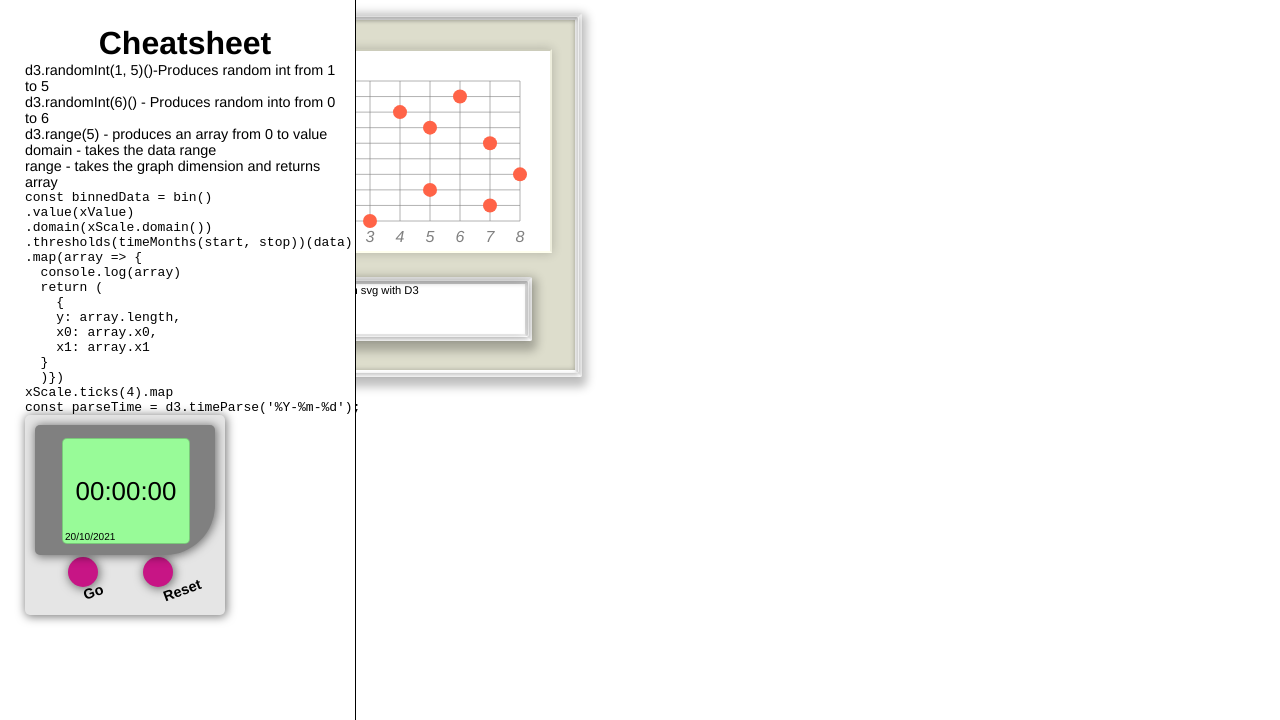
Repository: Lewisjohnward/100-days-of-d3
Page: /
The author's editor kept a copy of each file at every save. The page is drawn from the files as they stood at one save, then again after the next save.
The browser window is 1280 px wide. The pictures show the whole page.
The page's requests for data from a server got no answer. An inner scrolling area shows only its first screen. The project was rebuilt for these pictures with package versions that can differ from the ones it lists, and the page was loaded fresh each time. No one was signed in, and anything a server would have sent is missing. Also part of the build but not shown: src/charts/chart2/useGetData.js, src/charts/chart2/styles.js, src/charts/chart2/Chart.js, src/charts/chart3/useGetData.js, src/charts/chart3/styles.js, src/charts/chart3/Chart.js, src/charts/chart4/useGetData.js, src/charts/chart4/styles.js and 4 more.

Above is the page before, as saved 2021-10-20 15:31:01.

After the next save:
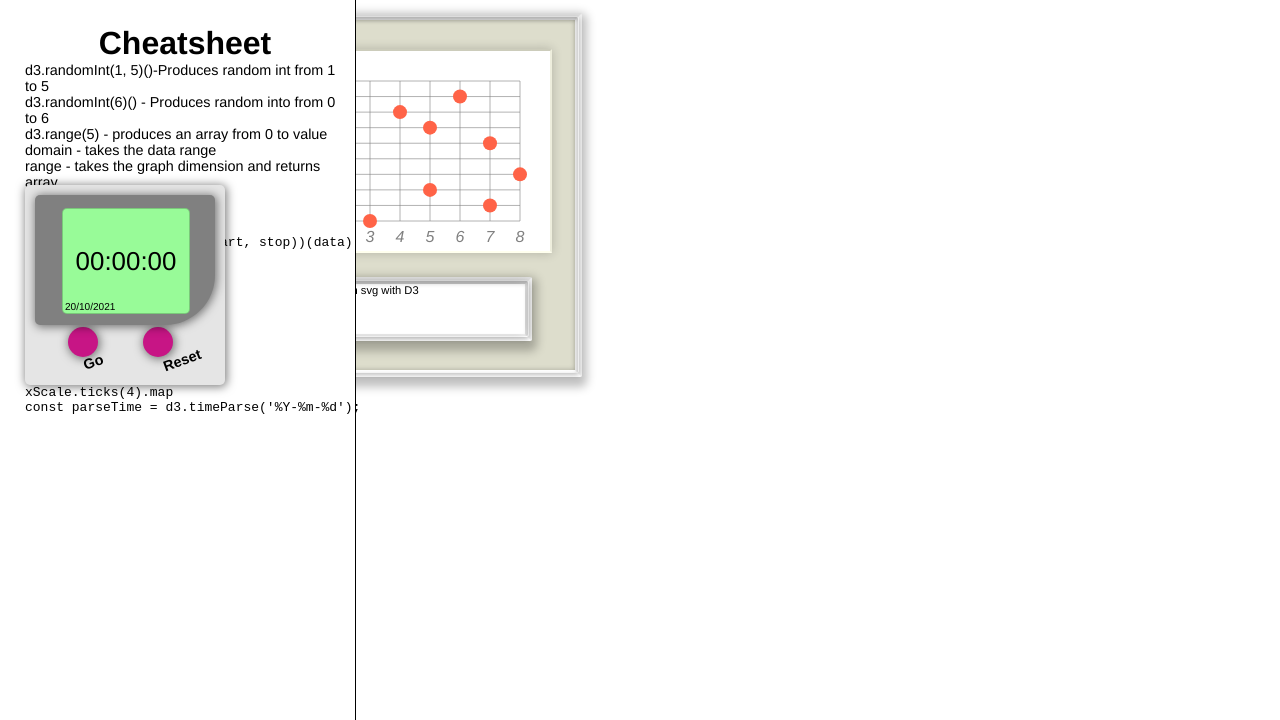
Saved 4 s later.
--- a/src/components/Timer.js
+++ b/src/components/Timer.js
@@ -3,6 +3,7 @@ import styled, { keyframes } from "styled-components";
 
 const Icon = styled.div`
   position: absolute;
+  bottom: 50%;
   height: 200px;
   width: 200px;
   padding: 0px;
